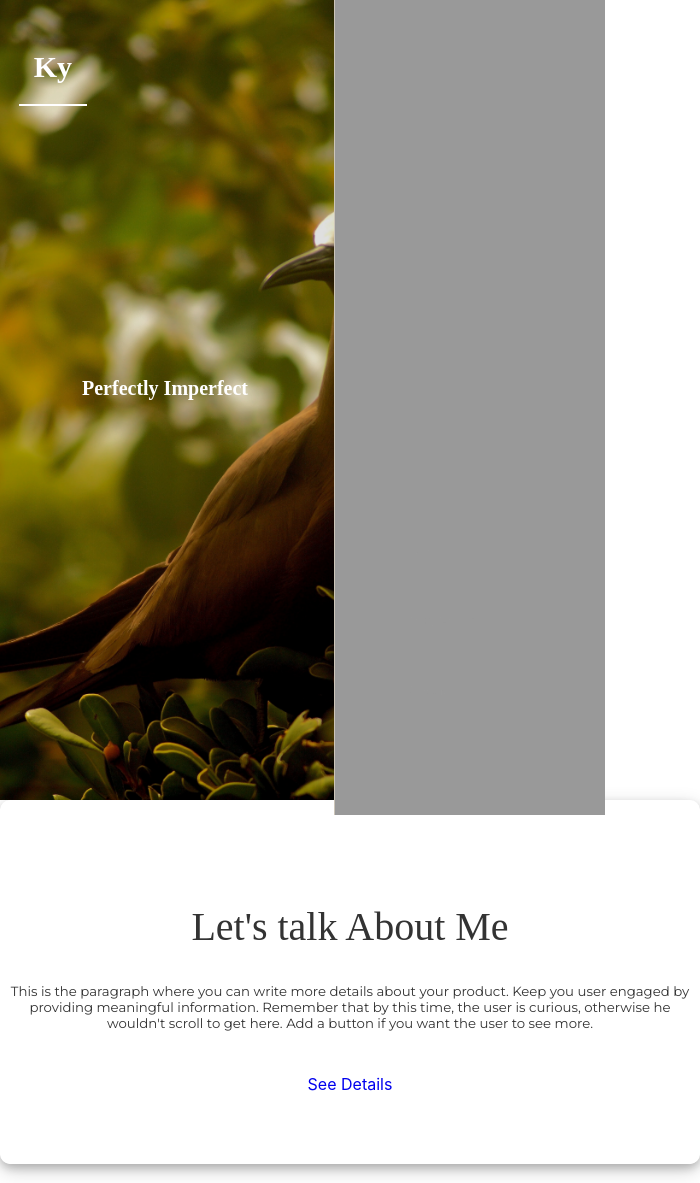
Repository: kkyler24/Perfectly-Imperfect
Page: / (app in imperfect/)
These files come from the project's save history. The page is drawn as it stood at one moment and after the next save; the edit follows.
The browser window is 375 px wide. The page is 700 px wide, so the pictures cover 700 px, including what lies to the right of the window. The pictures show the whole page.
Backgrounds fixed to the window are drawn as part of the page. Some web fonts or font styles are not loaded; a fallback is used. The project was rebuilt for these pictures with package versions that can differ from the ones it lists, and the page was loaded fresh each time.

Above is the page before, as saved 2020-08-06 12:09:42.

### imperfect/public/index.html
<!DOCTYPE html>
<html lang="en">
  <head>
    <meta charset="utf-8" />
    <link rel="icon" href="%PUBLIC_URL%/favicon.ico" />
    <meta name="viewport" content="width=device-width, initial-scale=1" />
    <meta name="theme-color" content="#000000" />
    <meta
      name="description"
      content="Web site created using create-react-app"
    />
    <link rel="apple-touch-icon" href="%PUBLIC_URL%/logo192.png" />

    <link rel="manifest" href="%PUBLIC_URL%/manifest.json" />

    <link
      href="https://fonts.googleapis.com/css2?family=Montserrat&family=Petit+Formal+Script&display=swap"
      rel="stylesheet"
    />

    <title>React App</title>
  </head>
  <body>
    <noscript>You need to enable JavaScript to run this app.</noscript>
    <div id="root"></div>
  </body>
</html>

### imperfect/src/App.js
import React from "react";
import logo from "./logo.svg";
import "./App.css";
import Nav from "./Components/navbarComponent/navbar.js";
import PGHeader from "./Components/Headerindex/header.js";
import AboutMe from "./Components/aboutMeIndex/aboutme.js";

function App() {
  return (
    <div className="App">
      <Nav />
      <PGHeader />
      <AboutMe />
    </div>
  );
}

export default App;

### imperfect/src/App.css
body {
  color: #66615b;
  font-size: 16px;
  box-sizing: border-box;
  display: block;
}

### imperfect/src/Components/navbarComponent/navbar.js
import React from "react";
import "./navbar.css";

function NavBar() {
  return (
    <div>
      <nav
        color-on-scroll="300"
        class="fixed-top navbar-transparent navbar navbar-expand-lg"
      >
        <div class="container-fluid">
          <div class="navbar-translate">
            <a
              id="Kytitle"
              data-placement="bottom"
              target="_blank"
              title="Coded by Creative Tim"
              class="navbar-brand"
              href="#/index"
            >
              Ky
            </a>
            <button aria-expanded="false" class="navbar-toggler navbar-toggler">
              <span class="navbar-toggler-bar bar1"></span>
              <span class="navbar-toggler-bar bar2"></span>
              <span class="navbar-toggler-bar bar3"></span>
            </button>
          </div>
          <div class="justify-content-end collapse navbar-collapse">
            <ul class="navbar-nav">
              <li class="nav-item">
                <a
                  data-placement="bottom"
                  href="https://www.linkedIn"
                  target="_blank"
                  title="Let's connect on LinkedIn"
                  class="nav-link"
                >
                  {/* <i class="fa fa-linkedIn"></i> */}
                </a>
              </li>
              <li class="nav-item">
                <a
                  data-placement="bottom"
                  href="https://www.linkedIn"
                  target="_blank"
                  title="Let's connect on LinkedIn"
                  class="nav-link"
                >
                  {/* <i class="fa fa-linkedIn"></i> */}
                </a>
              </li>
              <li class="nav-item">
                <a
                  data-placement="bottom"
                  href="https://twitter.com/CreativeTim?ref=creativetim"
                  target="_blank"
                  title="Follow us on Twitter"
                  class="nav-link"
                >
                  {/* <i class="fa fa-twitter"></i> */}
                  <p class="d-lg-none"></p>
                </a>
                <li class="nav-item mr-2rem">
                  <a
                    data-placement="bottom"
                    href="https://www.github.com/CreativeTimOfficial?ref=creativetim"
                    target="_blank"
                    title="Star on GitHub"
                    class="nav-link"
                  >
                    {/* <i class="fa fa-github"></i> */}
                    <p class="d-lg-none"></p>
                  </a>
                </li>
              </li>
              <li class="nav-item">
                <a class="nav-link" href="#/index">
                  <i class="nc-icon nc-layout-11"></i> Home
                </a>
              </li>
              <li class="nav-item">
                <a class="nav-link" href="#/index">
                  <i class="nc-icon nc-layout-11"></i> Portfolio
                </a>
              </li>
              <li class="nav-item">
                <a target="_blank" class="nav-link" href="#/documentation">
                  <i class="nc-icon nc-book-bookmark"></i> Resume
                </a>
              </li>

              <li class="nav-item">
                <a
                  data-placement="bottom"
                  href="https://www.github.com/CreativeTimOfficial?ref=creativetim"
                  target="_blank"
                  title="Star on GitHub"
                  class="nav-link"
                >
                  {/* <i class="fa fa-github"></i> */}
                  <p class="d-lg-none"></p>
                </a>
              </li>
            </ul>
          </div>
        </div>
      </nav>
    </div>
  );
}
export default NavBar;

### imperfect/src/Components/Headerindex/header.js
import React from "react";
import "./Indexheader.css";

function PageHeader(props) {
  return (
    <div id="background" className="page-header" data-parallax="true">
      <div className="filter"></div>
      <div className="headerContainer">
        <div className="motto text-center">
          <h1 id="JumboHeaderTitle">Perfectly Imperfect</h1>
          <br />
        </div>
      </div>
    </div>
  );
}
export default PageHeader;

### imperfect/src/Components/aboutMeIndex/aboutme.js
import React from "react";
import "./aboutme.css";

function Aboutme() {
  return (
    <div className=" card aboutMain">
      <div className="sectionAB text-center">
        <div className="ABcontainer">
          <div class="row">
            <div class="ml-auto mr-auto col-md-8">
              <h2 class="titleAB">Let's talk About Me</h2>
              <h5 class="descriptionAB">
                This is the paragraph where you can write more details about
                your product. Keep you user engaged by providing meaningful
                information. Remember that by this time, the user is curious,
                otherwise he wouldn't scroll to get here. Add a button if you
                want the user to see more.
              </h5>
              <br />
              <a href="#pablo" class="btn-round btn btn-info">
                See Details
              </a>
            </div>
          </div>
        </div>
      </div>
    </div>
  );
}
export default Aboutme;

### imperfect/src/Components/navbarComponent/navbar.css
/* navbar */
#Kytitle {
  font-family: "Petit Formal Script", cursive;
  font-size: 30px;
  color: #fff;
  border-bottom: solid 2px rgb(255, 255, 255);
  text-transform: capitalize;
}

.navbar.navbar-transparent {
  background: transparent !important;
  padding-top: 25px;
  box-shadow: none;
}

.navbar.navbar-transparent .navbar-brand {
  color: rgb(20, 3, 3);
}

.navbar .navbar-brand {
  font-weight: 600;
  margin: 5px 0;
  padding: 20px 15px;
  font-size: 14px;
  text-transform: uppercase;
}

.navbar-nav {
  display: flex;
  flex-direction: column;
  padding-left: 0;
  margin-bottom: 0;
  list-style: none;
}
.navbar-brand {
  display: inline-block;
  padding-top: 0.3125rem;
  padding-bottom: 0.3125rem;
  margin-right: 1rem;
  font-size: 1.25rem;
  line-height: inherit;
  white-space: nowrap;
}

.navbar {
  border: 0;
  font-size: 14px;
  padding: 0;
  font-family: "Montserrat", "Helvetica", Arial, sans-serif;
  font-weight: 300;
  align-items: center;
  display: flex;
}
.navbar > .container-fluid {
  display: flex;
  flex-wrap: wrap;
  align-items: center;
  justify-content: space-between;
}

.nav-link {
  display: block;
}

.navbar-toggler {
  padding: 0.25rem 0.75rem;
  font-size: 1.25rem;
  line-height: 1;
  background-color: transparent;
  border: 1px solid transparent;
  border-radius: 0.25rem;
}
button {
  text-transform: none;
  overflow: visible;
  -webkit-font-smoothing: antialiased;
  font-family: "Montserrat", "Helvetica", Arial, sans-serif;
  font-weight: 300;
  margin: 0;
  text-rendering: auto;
  color: -internal-light-dark(buttontext, rgb(170, 170, 170));
  letter-spacing: normal;
  word-spacing: normal;
  text-indent: 0px;
  text-shadow: none;
  display: inline-block;
  text-align: center;
  align-items: flex-start;
  font: 400 13.3333px Arial;
}
.navbar .navbar-toggler .navbar-toggler-bar {
  display: block;
  position: relative;
  width: 24px;
  height: 2px;
  border-radius: 1px;
  margin: 0 auto;
}

.navbar.navbar-transparent .navbar-toggler .navbar-toggler-bar {
  background: #fff !important;
}

.navbar-transparent .navbar-nav .nav-item .nav-link:not(.btn) {
  color: #fff;
  border-color: #fff;
}

.navbar .navbar-toggler .navbar-toggler-bar + .navbar-toggler-bar {
  margin-top: 4px;
}

.navbar .navbar-nav .nav-item .nav-link {
  line-height: 1.6;
  margin: 15px 3px;
  padding: 10px 15px;
  opacity: 0.8;
  font-size: 12px;
  text-transform: uppercase;
  font-weight: 600;
}

.navbar .navbar-nav .nav-item .nav-link p {
  margin: 0;
  text-transform: uppercase;
  font-weight: 600;
  font-size: 12px;
  line-height: 1.5em;
  padding: 15px 0;
}

button:not(:disabled) {
  cursor: pointer;
}

.container-fluid {
  width: 100%;
  padding-right: 15px;
  padding-left: 15px;
  margin-right: 0%;
  margin-left: 5%;
}

.fixed-top {
  position: fixed;
  right: 0;
  left: 0;
  z-index: 1030;
  /* not needed for fixed bottom */
  top: 0;
}

a {
  text-decoration: none;
  background-color: transparent;
}

.collapse:not(.show) {
  display: none;
}

.justify-content-end,
ul {
  justify-content: flex-end !important;
}

.navbar-collapse {
  flex-basis: 100%;
  flex-grow: 1;
  align-items: center;
}

ul {
  margin-top: 0;
}

.navbar .navbar-nav .nav-item .nav-link [class^="fa"] {
  font-size: 17px;
  position: relative;
  right: 5px;
}
.fa {
  width: 18px;
  text-align: center;
}
.fa {
  display: inline-block;
  font: normal normal normal 14px/1 FontAwesome;
  text-rendering: auto;
  -webkit-font-smoothing: antialiased;
}

.nc-icon {
  display: inline-block;
  font: normal normal normal 14px/1 "nucleo-icons";
  font-size: inherit;
  text-transform: none;
  -webkit-font-smoothing: antialiased;
}

.nc-layout-11:before {
  content: "\ea36";
}

.nc-book-bookmark:before {
  content: "\ea0f";
}

.fa-github:before {
  content: "\f09b";
}

:before {
  box-sizing: border-box;
}

.navbar .navbar-collapse .nav-item .nav-link p {
  display: inline;
}

/* media Q navbar */
@media (min-width: 992px) {
  .navbar-expand-lg {
    flex-flow: row nowrap;
    justify-content: flex-start;
  }
  .navbar {
    justify-content: space-between;
  }
}
/* Li */
@media (min-width: 992px) {
  .navbar-expand-lg .navbar-nav {
    flex-direction: row;
  }
}
@media screen and (max-width: 991px) {
  .navbar-collapse ul {
    position: relative;
    z-index: 3;
    height: 95%;
  }
}

@media screen and (max-width: 991px) {
  .navbar-collapse .navbar-nav > .nav-item > .nav-link {
    color: #9a9a9a !important;
  }
}

@media screen and (max-width: 991px) {
  .navbar-collapse {
    position: fixed;
    display: block !important;
    top: 0;
    width: 230px;
    right: 0;
    z-index: 1032;
    visibility: visible;
    background-color: #999;
    overflow-y: visible;
    border-top: none;
    text-align: left;
    border-left: 1px solid #ccc5b9;
    padding-right: 0;
    padding-left: 40px;
    padding-top: 15px;
    transform: translateX(230px);
    transition: all 0.33s cubic-bezier(0.685, 0.0473, 0.346, 1);
  }
}

@media (max-width: 991.98px) {
  .navbar-expand-lg > .container-fluid {
    padding-right: 0;
    padding-left: 0;
  }
}

@media (min-width: 768px) {
  .container-fluid {
    max-width: 720px;
  }
}

@media (min-width: 992px) {
  .container-fluid {
    max-width: 100%;
  }
}

@media screen and (max-width: 991px) {
  .navbar-translate {
    width: 100%;
    position: relative;
    display: flex;
    justify-content: space-between !important;
    align-items: center;
    transform: translateX(0);
    transition: all 0.33s cubic-bezier(0.685, 0.0473, 0.346, 1);
  }
}

@media (min-width: 992px) {
  .navbar-expand-lg .navbar-toggler {
    display: none;
  }
}

@media screen and (max-width: 991px) {
  .navbar-collapse {
    height: 100% !important;
  }
}

@media (min-width: 992px) {
  .navbar-expand-lg .navbar-collapse {
    display: flex !important;
    flex-basis: auto;
  }
}
/*
@media (min-width: 576px) {
  .container-fluid {
    max-width: 540px;
  }
} */

@media (min-width: 992px) {
  .navbar-expand-lg > .container-fluid {
    flex-wrap: nowrap;
  }
}

### imperfect/src/Components/Headerindex/Indexheader.css
#background {
  background-image: url("../../Assets/imgs/brownnoodyGreatbirdisland.jpg");
  background-attachment: fixed;
  background-repeat: no-repeat;
  background-size: cover;
  height: 700px;
}

.page-header {
  background-position: 50%;
  background-size: cover;
  min-height: 100vh;
  max-height: 999px;
  overflow: hidden;
  position: relative;
  width: 100%;
  z-index: 1;
  display: flex;
  align-items: center;
  justify-content: center;
}

.page-header .filter:after {
  background-color: rgba(0, 0, 0, 0.125);
  content: "";
  display: block;
  height: 100%;
  left: 0;
  top: 0;
  position: absolute;
  width: 100%;
  z-index: 1;
}

.page-header .motto {
  z-index: 3;
  color: #fff;
  position: relative;
  width: max-content;
}

.headerContainer {
  font-family: "Petit Formal Script", cursive;
  display: inline-flex;
  width: 100%;
  /* font-weight: 200; */
  padding-right: 15px;
  padding-left: 15px;
  margin-right: auto;
  margin-left: auto;
  font-size: 50px;
  max-width: 700px !important;
}

.text-center {
  text-align: center !important;
}
div {
  display: block;
}

h1 {
  display: block;
  font-size: 2em;
  margin-block-start: 0.67em;
  margin-block-end: 0.67em;
  margin-inline-start: 0px;
  margin-inline-end: 0px;
  font-weight: bold;
}
@media (max-width: 450px) and (min-width: 280px) {
  #JumboHeaderTitle {
    width: 300px;
    margin: auto;
    font-size: 20px;
    text-align: center;
  }
  #backhround {
    width: 450px !important;
  }
}
/*
@media (max-width: 570px) and (min-width: 280px) {
  #JumboHeaderTitle {
    width: 400px;
    margin: auto;
    font-size: 20px;
    text-align: center;
  }
} */

/* media Q */
@media (min-width: 992px) {
  .headerContainer {
    max-width: 960px;
  }
}

@media (min-width: 768px) {
  .headerContainer {
    max-width: 720px;
  }
}

@media (min-width: 576px) {
  .headerContainer {
    max-width: 540px;
    font-size: 25px;
  }
}

@media (max-width: 576px) {
  .headerContainer {
    display: flex;
    flex-wrap: wrap;
    max-width: 540px !important;
    font-size: 20px;
    text-align: center;
  }
}

### imperfect/src/Components/aboutMeIndex/aboutme.css
.aboutMain .section:first-of-type {
  position: relative;
  z-index: 3;
  position: relative;
  background: #ffffff;
  margin: -60px 30px 0px;
  box-shadow: 0 16px 24px 2px rgba(0, 0, 0, 0.14),
    0 6px 30px 5px rgba(0, 0, 0, 0.12), 0 8px 10px -5px rgba(0, 0, 0, 0.2);
  border-radius: 6px;
  padding: 70px 0;
}

.card,
.aboutMain {
  width: 700px;
  border-radius: 12px;
  box-shadow: 0 4px 8px 0 rgba(0, 0, 0, 0.2), 0 6px 20px 0 rgba(0, 0, 0, 0.19);
  text-align: center;
  background-color: #fff;
  color: #333;
  margin-bottom: 20px;
  position: relative;
  z-index: 3;
  border: 0;
  transition: transform 0.3s cubic-bezier(0.34, 2, 0.6, 1), box-shadow 0.2s ease;
  display: flex;
  flex-direction: column;
  min-width: 0;
  background-clip: border-box;
  /* border: 1px solid rgba(0, 0, 0, 0.25); */
  /* border-radius: 20px; */
  margin-left: auto;
  margin-right: auto;
}

.sectionAB {
  padding: 70px 0;
  background-color: #fff;
  border-radius: 10px;
}

.text-center {
  text-align: center !important;
}

.titleAB {
  font-family: "Petit Formal Script", cursive;
  font-weight: lighter;
  font-size: 40px;
}

.descriptionAB {
  font-family: "Montserrat", sans-serif;
  font-weight: lighter;
}

.ABcontainer {
  width: 100%;
  margin-right: auto;
  margin-left: auto;
}

row {
  display: flex;
  flex-wrap: wrap;
  margin-right: -15px;
  margin-left: -15px;
}

@media (min-width: 768px) {
  .ABcontainer {
    max-width: 720px;
  }
}

@media (max-width: 992px) {
  .sectionAB {
    max-width: 700px;
  }
}

@media (min-width: 992px) {
  .sectionAB,
  .aboutMain {
    width: 1000px;
  }
}

Loaded but not shown: imperfect/src/index.js (common file); imperfect/src/index.css (common file); imperfect/src/serviceWorker.js (common file)

After the next save:
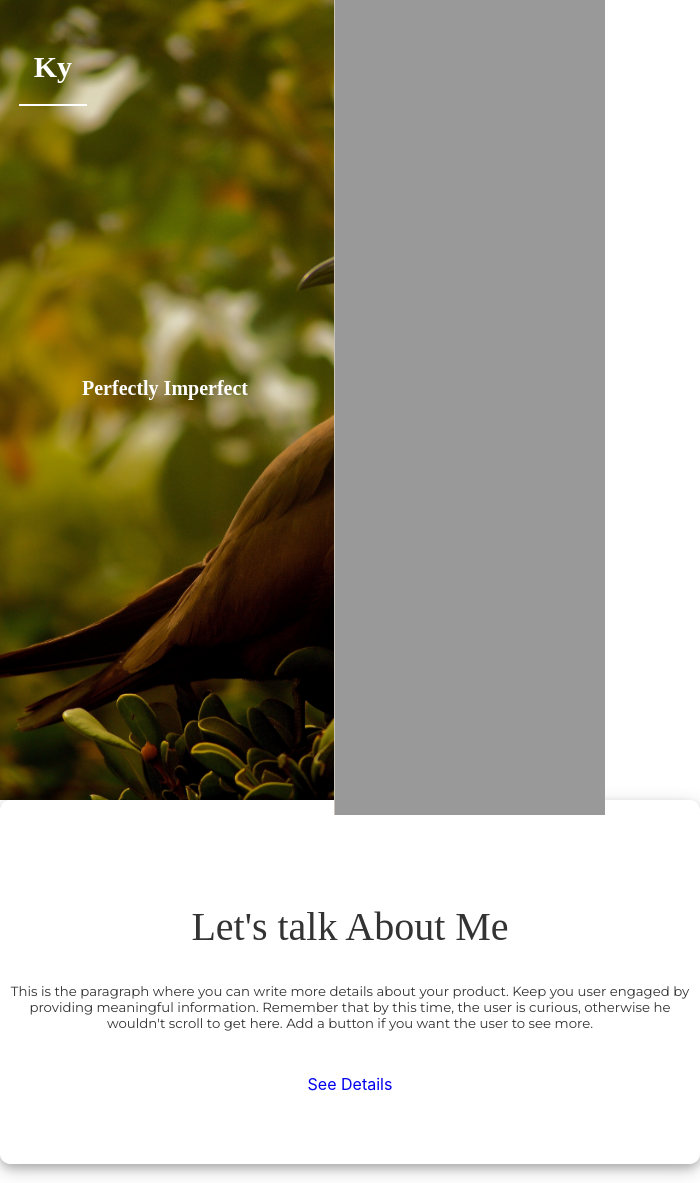
Saved 46 s later.
--- a/imperfect/src/Components/Headerindex/Indexheader.css
+++ b/imperfect/src/Components/Headerindex/Indexheader.css
@@ -75,7 +75,7 @@ h1 {
     font-size: 20px;
     text-align: center;
   }
-  #backhround {
+  #background {
     width: 450px !important;
   }
 }
